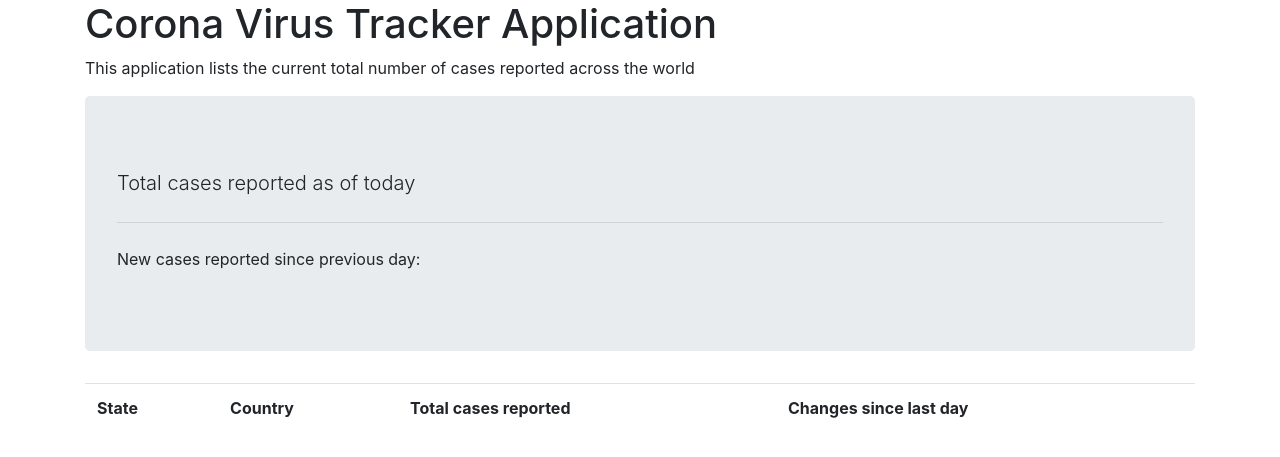
Repository: arthjani/covid_cases_real_time_tracker-
Page: http://localhost/home
An editor plug-in stored every save of this project. The page is shown before and after the next save, followed by the edit.
The browser window is 1280 px wide. The pictures show the whole page.
The page is this project's Thymeleaf template; nobody is signed in. The template is opened directly, without the code that normally fills it, so the values that code supplies are empty.

Above is the page before, as saved 2022-03-14 04:48:05.

### covid_tracker/src/main/resources/templates/home.html
<!DOCTYPE html>

<html xmlns:th="http://www.thymeleaf.org">

<head>
    <title>Corona virus Tracker Application</title>
    <meta http-equiv="Content-Type" content="text/html; charset=UTF-8" />
    <link rel="stylesheet" href="https://stackpath.bootstrapcdn.com/bootstrap/4.4.1/css/bootstrap.min.css" integrity="sha384-Vkoo8x4CGsO3+Hhxv8T/Q5PaXtkKtu6ug5TOeNV6gBiFeWPGFN9MuhOf23Q9Ifjh" crossorigin="anonymous">
</head>

<body>
<div class="container">
<h1>Corona Virus Tracker Application</h1>
<p>This application lists the current total number of cases reported across the world</p>

<div class="jumbotron">
    <h1 class="display-4" th:text="${totalReportedCases}"></h1>
    <p class="lead">Total cases reported as of today</p>
    <hr class="my-4">
    <p>
        <span>New cases reported since previous day:</span>
        <span th:text="${totalNewCases}"></span>
    </p>

</div>

    <table class="table">
        <tr>
            <th>State</th>
            <th>Country</th>
            <th>Total cases reported</th>
            <th>Changes since last day</th>
        </tr>
        <tr th:each="locationStat : ${locationStats}">
            <td th:text="${locationStat.state}"></td>
            <td th:text="${locationStat.country}"></td>
            <td th:text="${locationStat.latestTotalCases}">0</td>
            <td th:text="${locationStat.diffFromPrevDay}">0</td>
        </tr>
    </table>
</div>
</body>

</html>

After the next save:
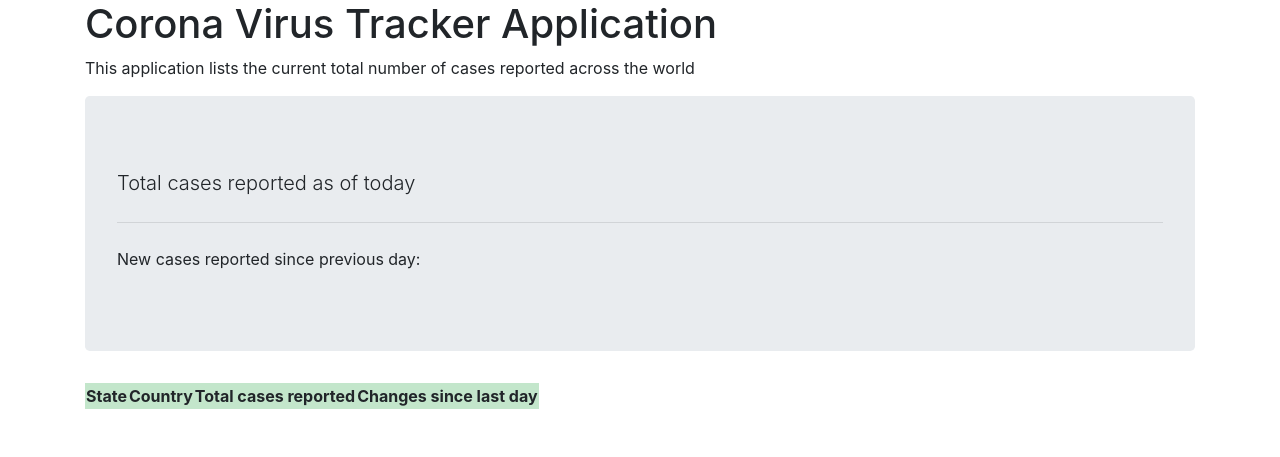
Saved 32 s later.
--- a/covid_tracker/src/main/resources/templates/home.html
+++ b/covid_tracker/src/main/resources/templates/home.html
@@ -24,7 +24,7 @@
 
 </div>
 
-    <table class="table">
+    <table class="table-success">
         <tr>
             <th>State</th>
             <th>Country</th>

After the save that followed:
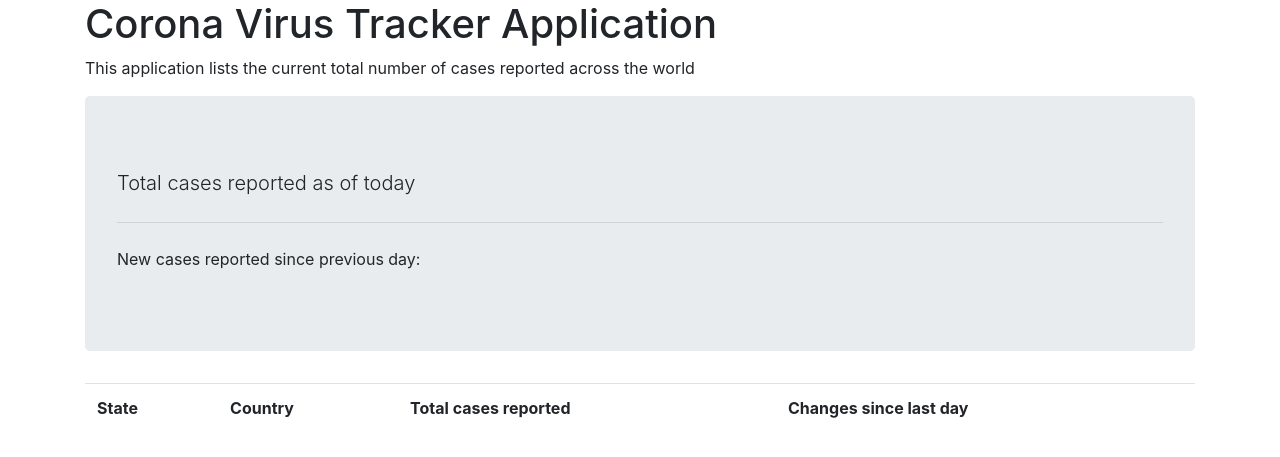
Saved 26 s later.
--- a/covid_tracker/src/main/resources/templates/home.html
+++ b/covid_tracker/src/main/resources/templates/home.html
@@ -24,7 +24,7 @@
 
 </div>
 
-    <table class="table-success">
+    <table class="table">
         <tr>
             <th>State</th>
             <th>Country</th>
